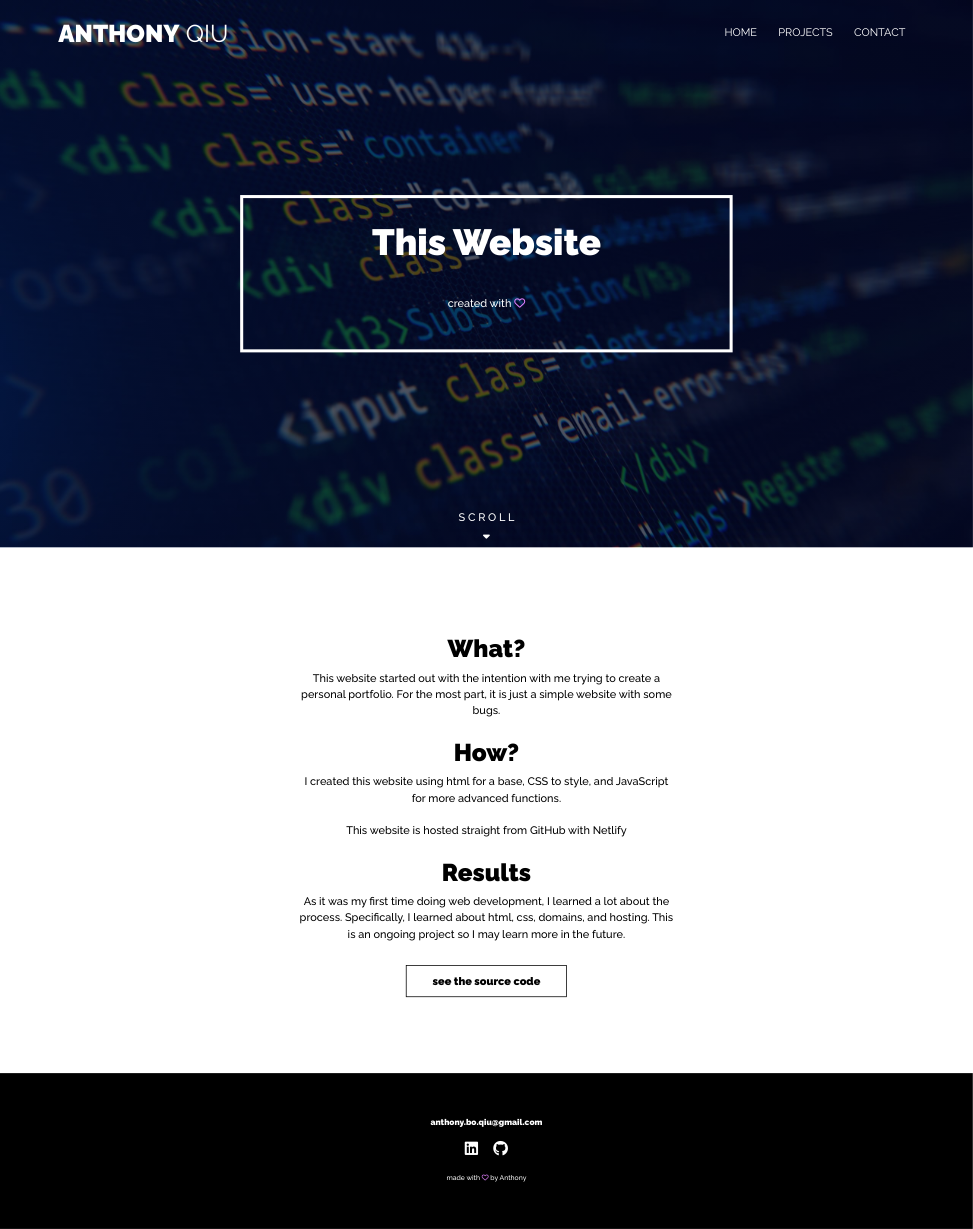
Repository: 7UM1N/anthonyq.github.io
Page: portfolio-item-this-website.html
The author's editor kept a copy of each file at every save. The page is drawn from the files as they stood at one save, then again after the next save.
The browser window is 1280 px wide. The pictures show the whole page, at 76% of full size.

Above is the page before, as saved 2023-03-12 00:27:26.

After the next save:
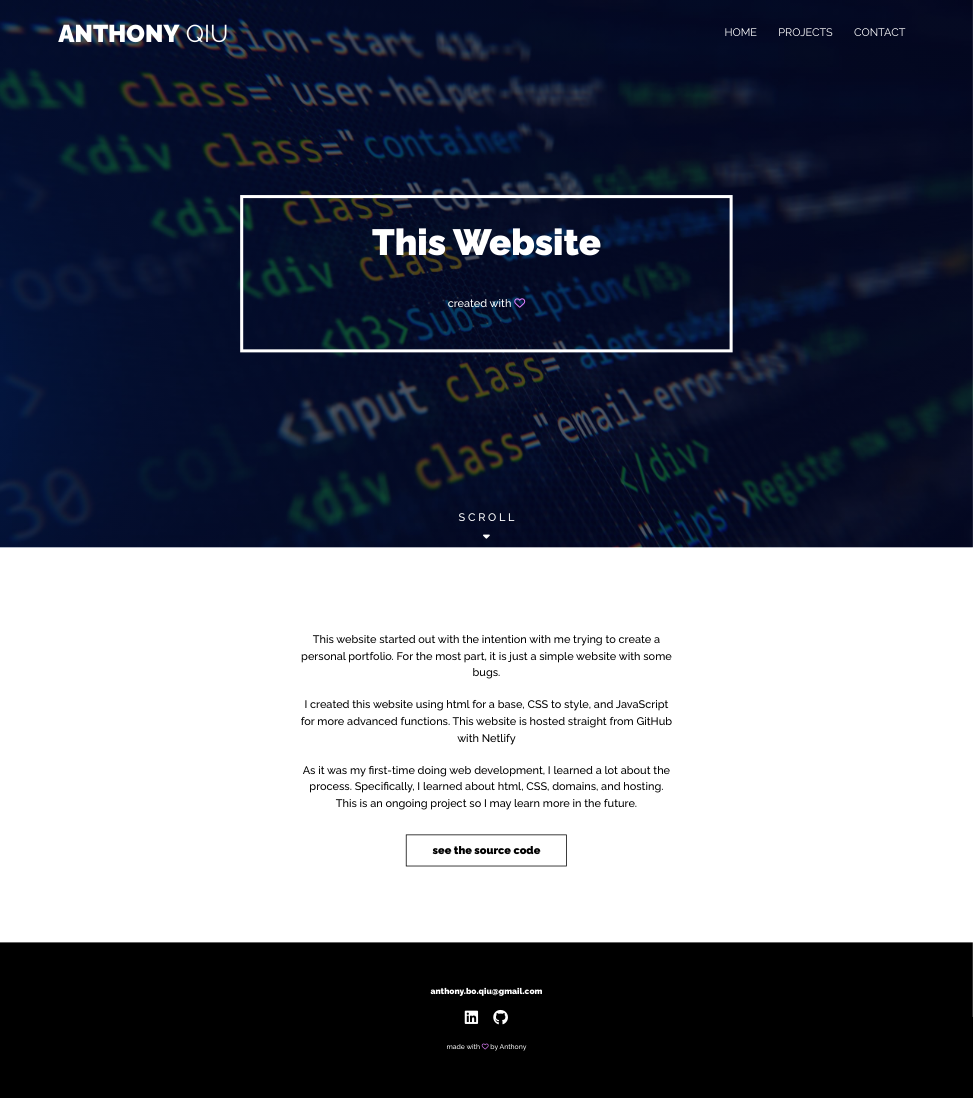
Saved 11 min 33 s later.
--- a/portfolio-item-this-website.html
+++ b/portfolio-item-this-website.html
@@ -51,19 +51,11 @@
 
         <!-- content -->
         <section class="portfolio-item-section">
-            <h2>What?</h2>
             <P>
                 This website started out with the intention with me trying to create a personal portfolio. For the most part, it is just a simple website with some bugs.
-            </P>
-            <h2>How?</h2>
-            <p>
-                I created this website using html for a base, CSS to style, and JavaScript for more advanced functions.
-                <br><br>This website is hosted straight from GitHub with Netlify
-            </p>
+                <br><br>I created this website using html for a base, CSS to style, and JavaScript for more advanced functions. This website is hosted straight from GitHub with Netlify
+                <br><br>As it was my first-time doing web development, I learned a lot about the process. Specifically, I learned about html, CSS, domains, and hosting. This is an ongoing project so I may learn more in the future.
 
-            <h2>Results</h2>
-            <P>
-                As it was my first time doing web development, I learned a lot about the process. Specifically, I learned about html, css, domains, and hosting. This is an ongoing project so I may learn more in the future.
             </P>
             <a href="https://github.com/anthonyqiu/anthonyq" download class="hero-btn inverse-btn"><strong>see the source code</strong></a>
         </section>
